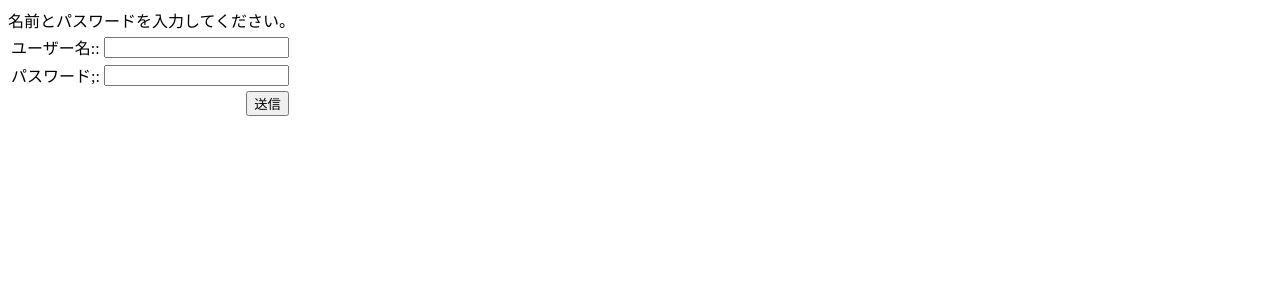
Repository: MasayaOuchi/test
Page: http://localhost/Webproj5/WelcomeAction.action
The author's editor kept a copy of each file at every save. The page is drawn from the files as they stood at one save, then again after the next save.
The browser window is 1280 px wide. The pictures show the whole page.
The page is served by Tomcat 9.

Above is the page before, as saved 2018-10-24 02:38:47.

After the next save:
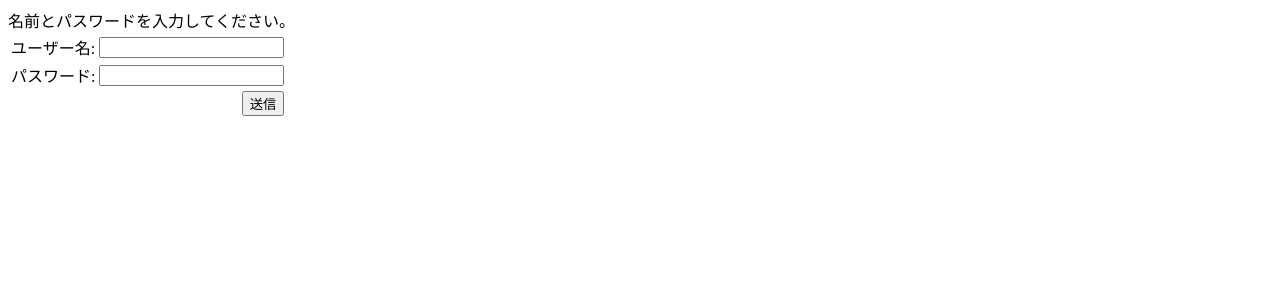
Saved 57 s later.
--- a/Webproj5/WebContent/welcome.jsp
+++ b/Webproj5/WebContent/welcome.jsp
@@ -9,8 +9,8 @@
 <body>
 名前とパスワードを入力してください。
 <s:form action="LoginAction">
-	<s:textfield name="username" label="ユーザー名:" />
-	<s:password name="password" label="パスワード;" />
+	<s:textfield name="username" label="ユーザー名" />
+	<s:password name="password" label="パスワード" />
 	<s:submit value="送信"/>
 </s:form>
 </body>
